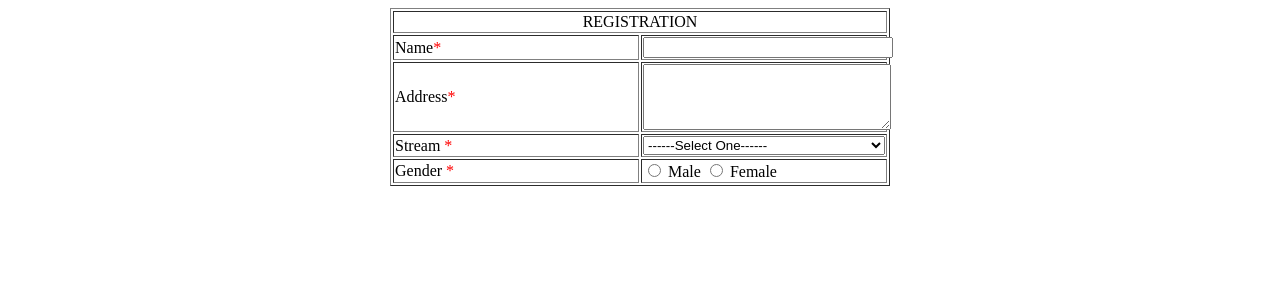
Repository: nsbgit/JavaTutorial
Page: http://localhost/Proj/
An editor plug-in stored every save of this project. The page is shown before and after the next save, followed by the edit.
The browser window is 1280 px wide. The pictures show the whole page.
The page is served by Tomcat 9.

Above is the page before, as saved 2013-09-29 08:18:08.

After the next save:
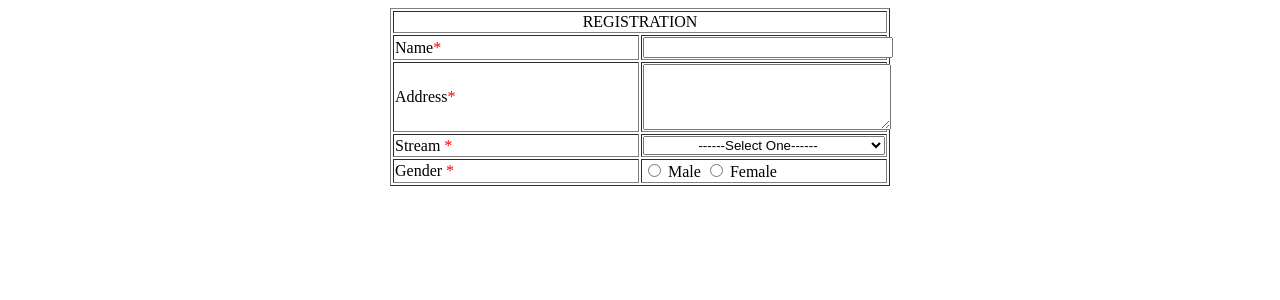
Saved 62 s later.
--- a/Webel/IDE/2013-09-29/TheSukanta/Proj/WebContent/first.jsp
+++ b/Webel/IDE/2013-09-29/TheSukanta/Proj/WebContent/first.jsp
@@ -27,7 +27,7 @@
 			<td width="50%">Stream <font color="red">*</font> </td>
 			<td>
 				<select name="stream" id="stream"  style="width: 100%">
-					<option value="">------Select One------</option>
+					<option align="center" value="">------Select One------</option>
 					<option value="cse">Computer Science</option>
 					<option value="It">Information Technology</option>
 					<option value="mca">MCA</option>

After the save that followed:
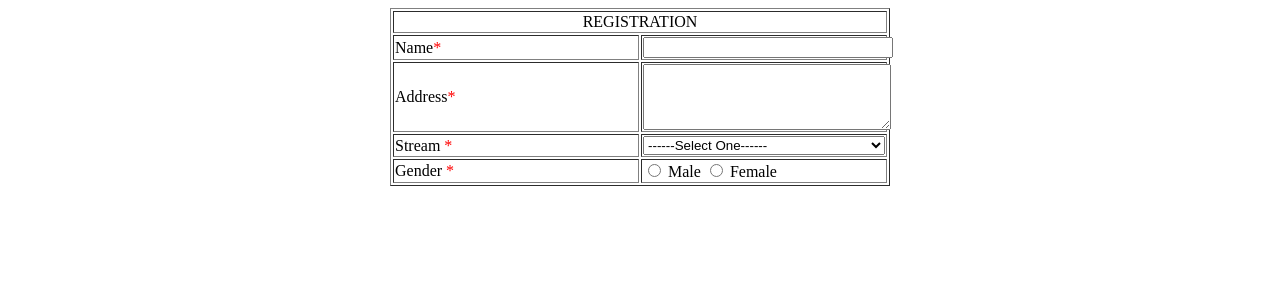
Saved 8 s later.
--- a/Webel/IDE/2013-09-29/TheSukanta/Proj/WebContent/first.jsp
+++ b/Webel/IDE/2013-09-29/TheSukanta/Proj/WebContent/first.jsp
@@ -27,7 +27,7 @@
 			<td width="50%">Stream <font color="red">*</font> </td>
 			<td>
 				<select name="stream" id="stream"  style="width: 100%">
-					<option align="center" value="">------Select One------</option>
+					<option value="">------Select One------</option>
 					<option value="cse">Computer Science</option>
 					<option value="It">Information Technology</option>
 					<option value="mca">MCA</option>
